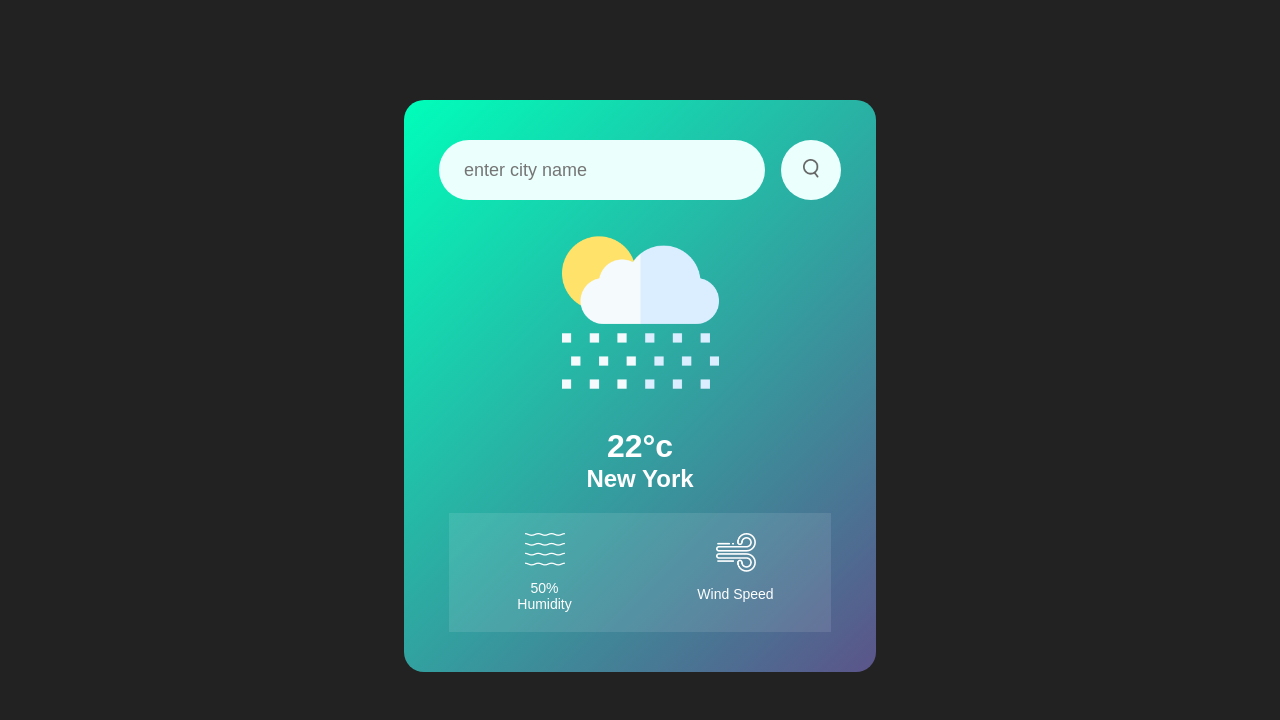
Repository: Rohit-foryou/Weather-app
Page: Weather App/Weather.html
An editor plug-in stored every save of this project. The page is shown before and after the next save, followed by the edit.
The browser window is 1280 px wide. The pictures show the whole page.
The page's requests for data from a server got no answer.

Above is the page before, as saved 2023-12-13 15:31:21.

After the next save:
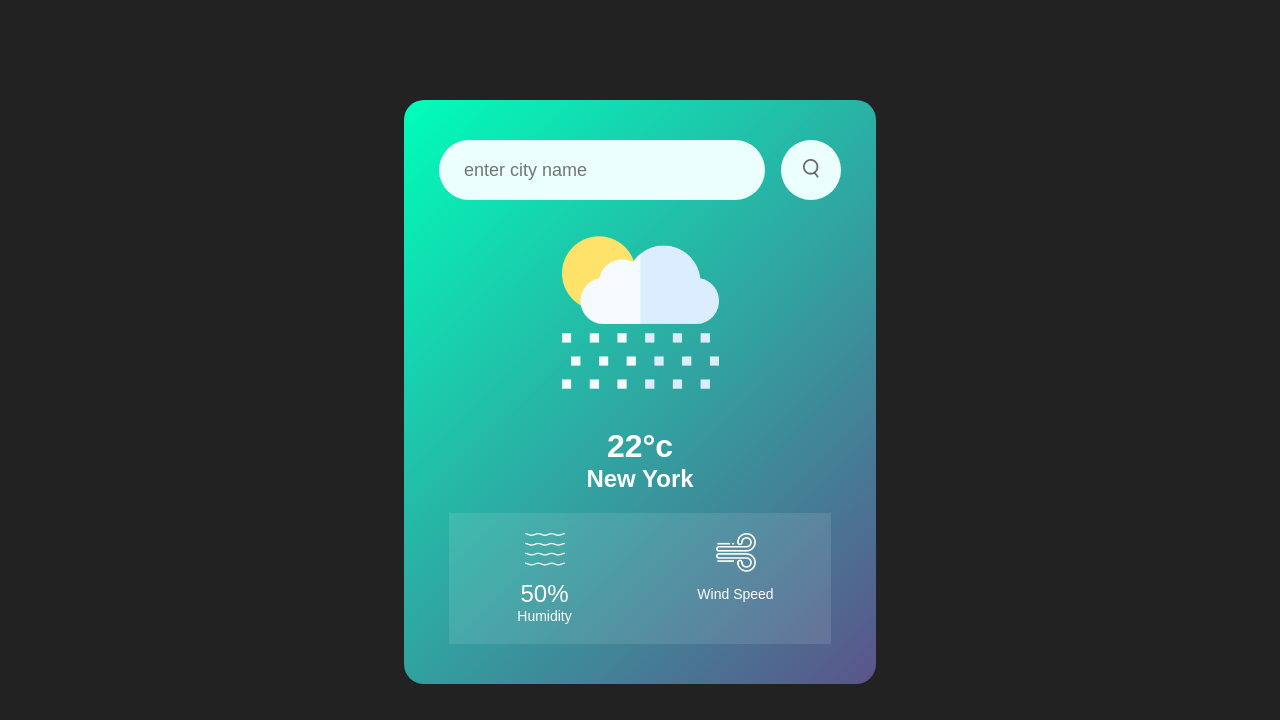
Saved 2 min 34 s later.
--- a/Weather App/Weather.css
+++ b/Weather App/Weather.css
@@ -80,3 +80,20 @@ body{
     font-size: 14px;
     color: #fff;
 }
+
+.col .humidity {
+    font-size: 24px; /* Adjust the font size for humidity value */
+}
+
+.col .wind {
+    font-size: 24px; /* Adjust the font size for wind value */
+}
+
+/* Specific styles for humidity and wind labels */
+.col p.humidity-label {
+    font-size: 12px; /* Adjust the font size for humidity label */
+}
+
+.col p.wind-label {
+    font-size: 12px; /* Adjust the font size for wind label */
+}
